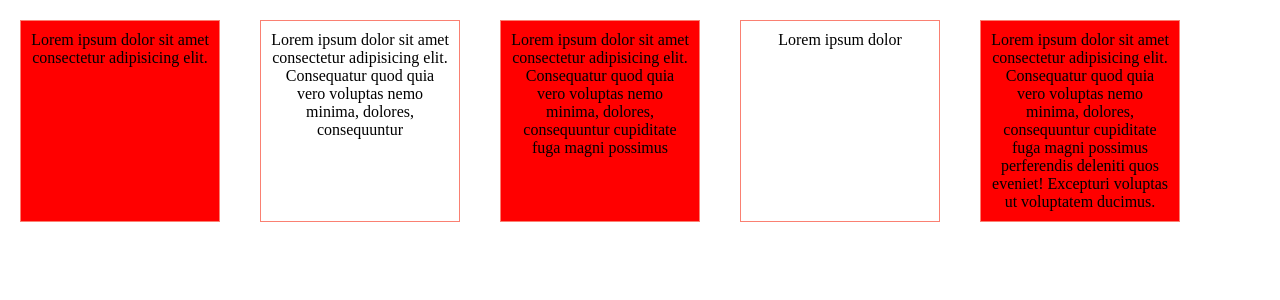
Repository: dinhconglam2306/frontend_tu_xa
Page: B07/Exercise-box-height/01-me/index.html
The author's editor kept a copy of each file at every save. The page is drawn from the files as they stood at one save, then again after the next save.
The browser window is 1280 px wide. The pictures show the whole page.

Above is the page before, as saved 2021-04-14 21:41:55.

After the next save:
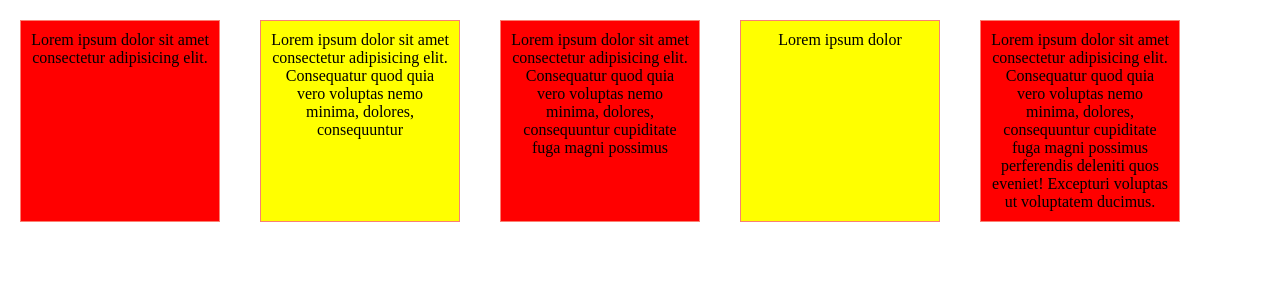
Saved 33 s later.
--- a/B07/Exercise-box-height/01-me/js/main.js
+++ b/B07/Exercise-box-height/01-me/js/main.js
@@ -14,5 +14,7 @@
   box.item(j).style.height = maxBoxHeight + "px";
   if (j % 2 != 1) {
     box.item(j).style.backgroundColor = "red";
+  } else {
+    box.item(j).style.backgroundColor = "yellow";
   }
 }
